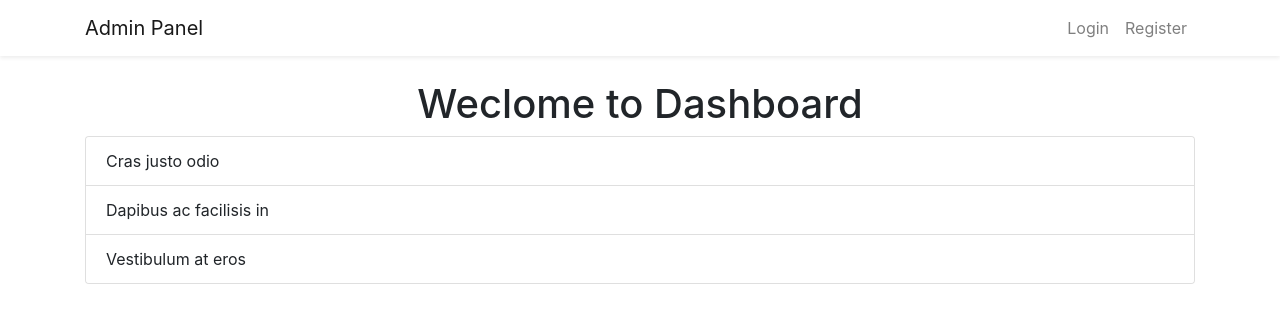
Repository: mohamedelbadawi/Simple-galley-using-laravel
Page: http://localhost/admin/dashboard
The author's editor kept a copy of each file at every save. The page is drawn from the files as they stood at one save, then again after the next save.
The browser window is 1280 px wide. The pictures show the whole page.
The page is served by the project's Laravel application, run on PHP 8.4 with Laravel 8.

Above is the page before, as saved 2021-09-01 11:54:22.

After the next save:
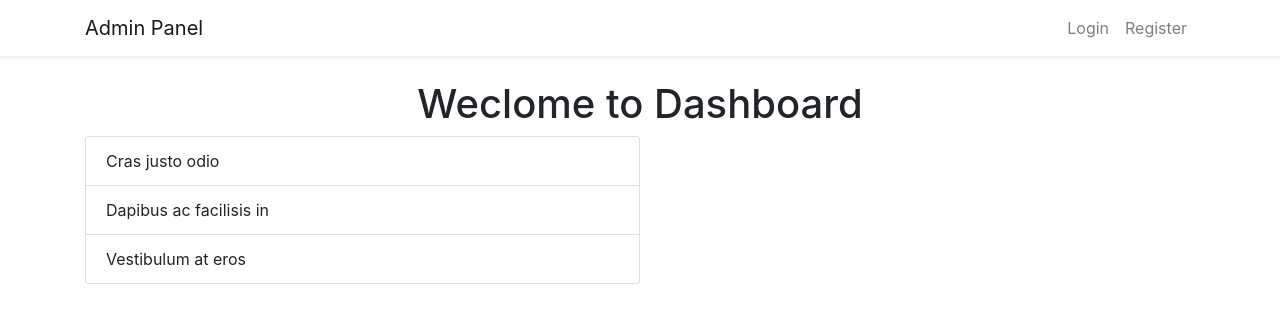
Saved 8 s later.
--- a/Gallery/resources/views/admin/Dashboard.blade.php
+++ b/Gallery/resources/views/admin/Dashboard.blade.php
@@ -5,7 +5,7 @@
     <div class="container">
         <h1 class="text-center">Weclome to Dashboard</h1>
 
-        <div class="card" style="width: 100%">
+        <div class="card" style="width: 50%">
             <ul class="list-group list-group-flush">
                 <li class="list-group-item">Cras justo odio</li>
                 <li class="list-group-item">Dapibus ac facilisis in</li>
